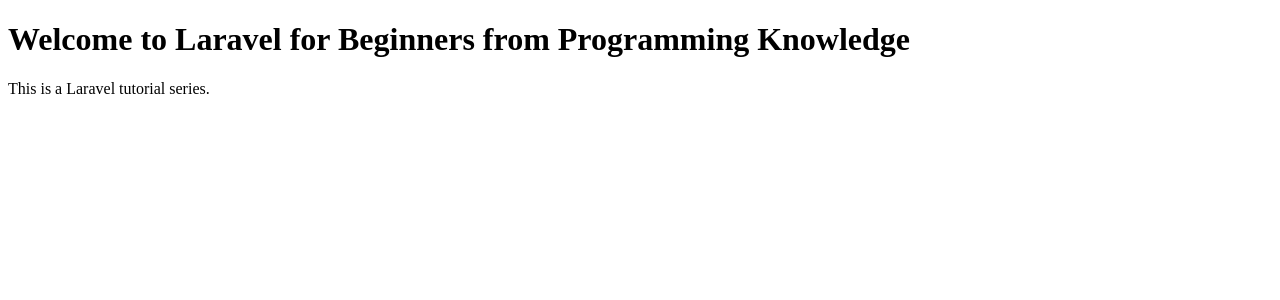
Repository: MaciejNikonowicz/laravel-blog-pkproject
Page: http://localhost/
The author's editor kept a copy of each file at every save. The page is drawn from the files as they stood at one save, then again after a run of saves.
The browser window is 1280 px wide. The pictures show the whole page.
The page is served by the project's Laravel application, run on PHP 8.4 with Laravel 8.

Above is the page before, as saved 2020-07-16 11:27:01.

After the next 3 saves:
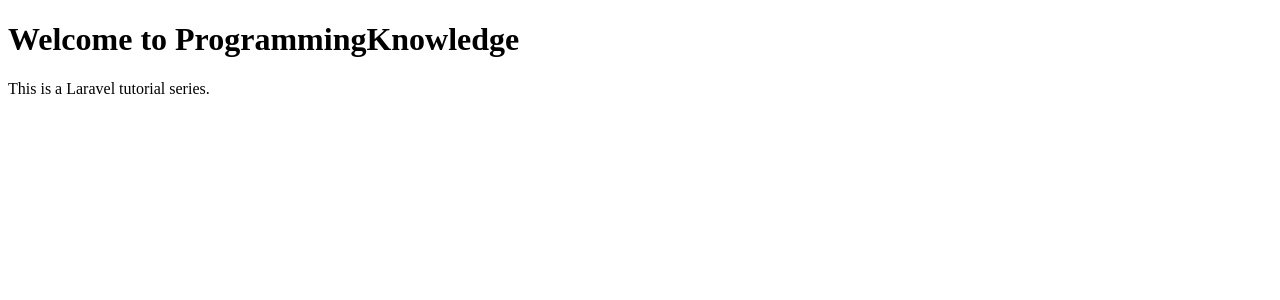
The 3 saves are shown as one change because 1 did not build or start and some came seconds apart.
The last was saved 39 s later.
--- a/resources/views/pages/index.blade.php
+++ b/resources/views/pages/index.blade.php
@@ -2,6 +2,6 @@
 
 
 @section('content')
-    <h1>Welcome to Laravel for Beginners from Programming Knowledge</h1>
+    <h1>{{ $title }}</h1>
     <p>This is a Laravel tutorial series.</p>
 @endsection
